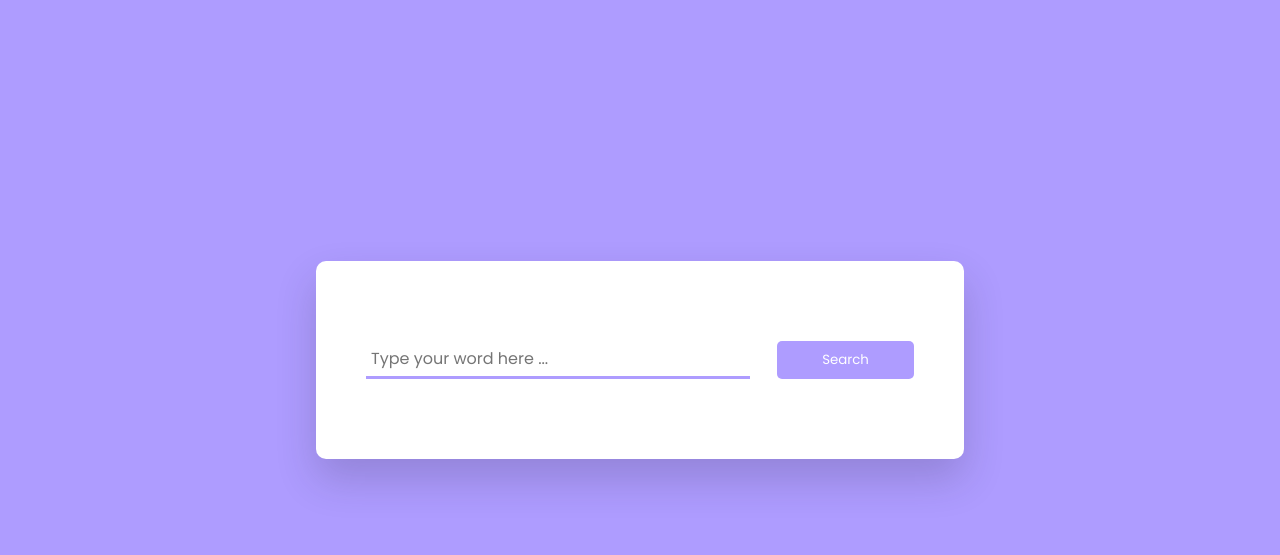
Repository: MohamedMostafaTaha/Translation_app
Page: index.html
The author's editor kept a copy of each file at every save. The page is drawn from the files as they stood at one save, then again after the next save.
The browser window is 1280 px wide. The pictures show the whole page.

Above is the page before, as saved 2023-09-16 18:09:15.

### index.html
<!DOCTYPE html>
<html lang="en">
  <head>
    <meta charset="UTF-8" />
    <meta name="viewport" content="width=device-width, initial-scale=1.0" />
    <title>Document</title>
    <link rel="preconnect" href="https://fonts.googleapis.com" />
    <link rel="preconnect" href="https://fonts.gstatic.com" crossorigin />
    <link
      href="https://fonts.googleapis.com/css2?family=Poppins:ital,wght@0,100;0,200;0,300;0,400;0,500;0,600;0,700;0,800;0,900;1,100;1,200;1,300;1,400;1,500;1,600;1,700;1,800;1,900&display=swap"
      rel="stylesheet"
    />
    <link rel="stylesheet" href="style.css" />
  </head>
  <body>
    <div class="container">
      <div class="search-box">
        <input
          type="text"
          placeholder="Type your word here ..."
          id="inp-word"
        />
        <button id="search-btn">Search</button>
      </div>
    </div>
    <script src="main.js"></script>
  </body>
</html>

### style.css
* {
  padding: 0;
  margin: 0;
  box-sizing: border-box;
}

*:not(i) {
  font-family: "Poppins", sans-serif;
}

body {
  background-color: #ae9cff;
}

.container {
  background-color: #ffffff;
  width: 90vmin;
  position: absolute;
  transform: translate(-50%, -50%);
  top: 50%;
  left: 50%;
  padding: 80px 50px;
  border-radius: 10px;
  box-shadow: 0 20px 40px rgba(38, 33, 61, 0.2);
}

.search-box {
  width: 100%;
  display: flex;
  justify-content: space-between;
}

.search-box input {
  padding: 5px;
  width: 70%;
  border: none;
  outline: none;
  border-bottom: 3px solid #ae9cff;
  font-size: 16px;
}

.search-box button {
  padding: 5px 0;
  width: 25%;
  background-color: #ae9cff;
  border: none;
  outline: none;
  color: white;
  border-radius: 5px;
}

Loaded but not shown: main.js (no copy from this time; the picture is the same without it)

After the next save:
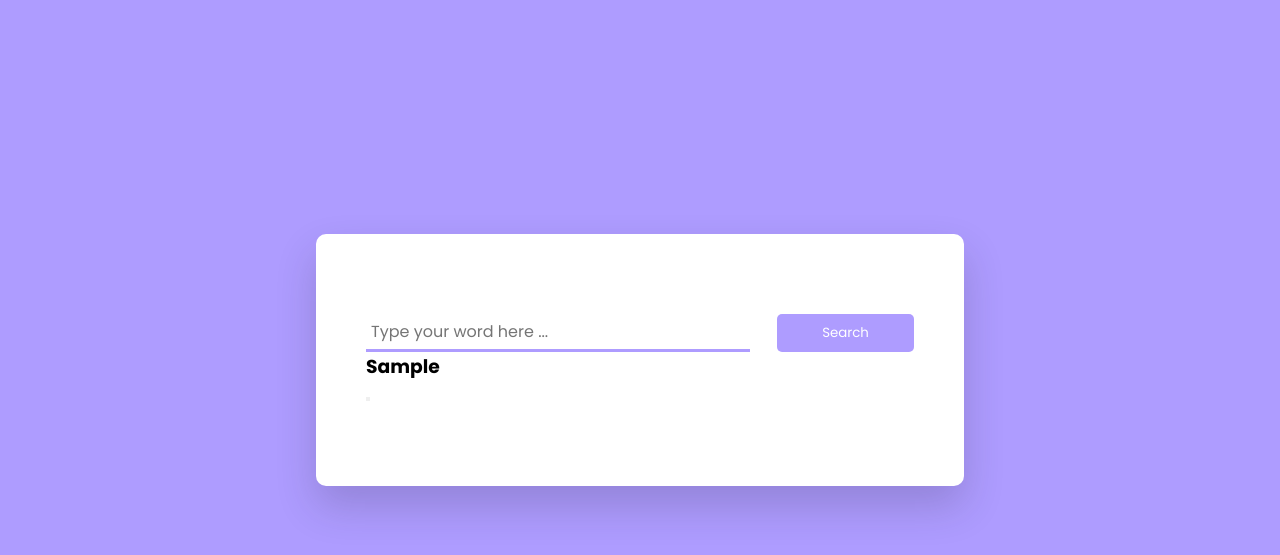
Saved 2 min 54 s later.
--- a/index.html
+++ b/index.html
@@ -4,6 +4,10 @@
     <meta charset="UTF-8" />
     <meta name="viewport" content="width=device-width, initial-scale=1.0" />
     <title>Document</title>
+    <link
+      rel="stylesheet"
+      href="https://cdnjs.cloudflare.com/ajax/libs/font-awesome/5.15.4/css/all.min.css"
+    />
     <link rel="preconnect" href="https://fonts.googleapis.com" />
     <link rel="preconnect" href="https://fonts.gstatic.com" crossorigin />
     <link
@@ -22,6 +26,13 @@
         />
         <button id="search-btn">Search</button>
       </div>
+
+      <div class="result">
+        <div class="word">
+          <h3>Sample</h3>
+          <button></button>
+        </div>
+      </div>
     </div>
     <script src="main.js"></script>
   </body>
